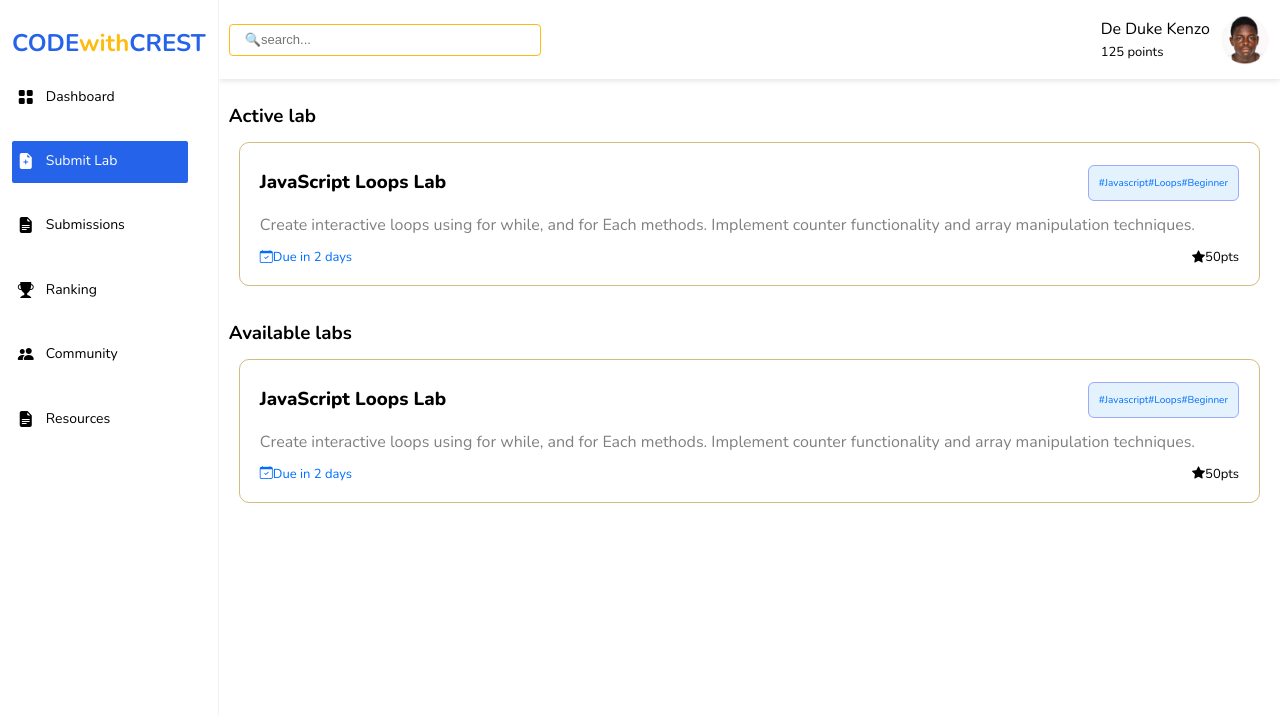
Repository: CarlTeclancing/codewithcrest
Page: /dashboard/submitlab
An editor plug-in stored every save of this project. The page is shown before and after the next save, followed by the edit.
The browser window is 1280 px wide. The pictures show the whole page.
The project was rebuilt for these pictures with package versions that can differ from the ones it lists, and the page was loaded fresh each time. Also part of the build but not shown: vite.config.js, src/pages/Dashboard/Dashboard.jsx, src/components/UserCard.jsx, src/pages/ranking/Ranking.jsx, src/components/GuideLines.jsx, src/pages/submission/Submission.jsx, src/components/CommunityPost.jsx, src/pages/community/Community.jsx and 12 more.

Above is the page before, as saved 2025-09-09 14:27:52.

After the next save:
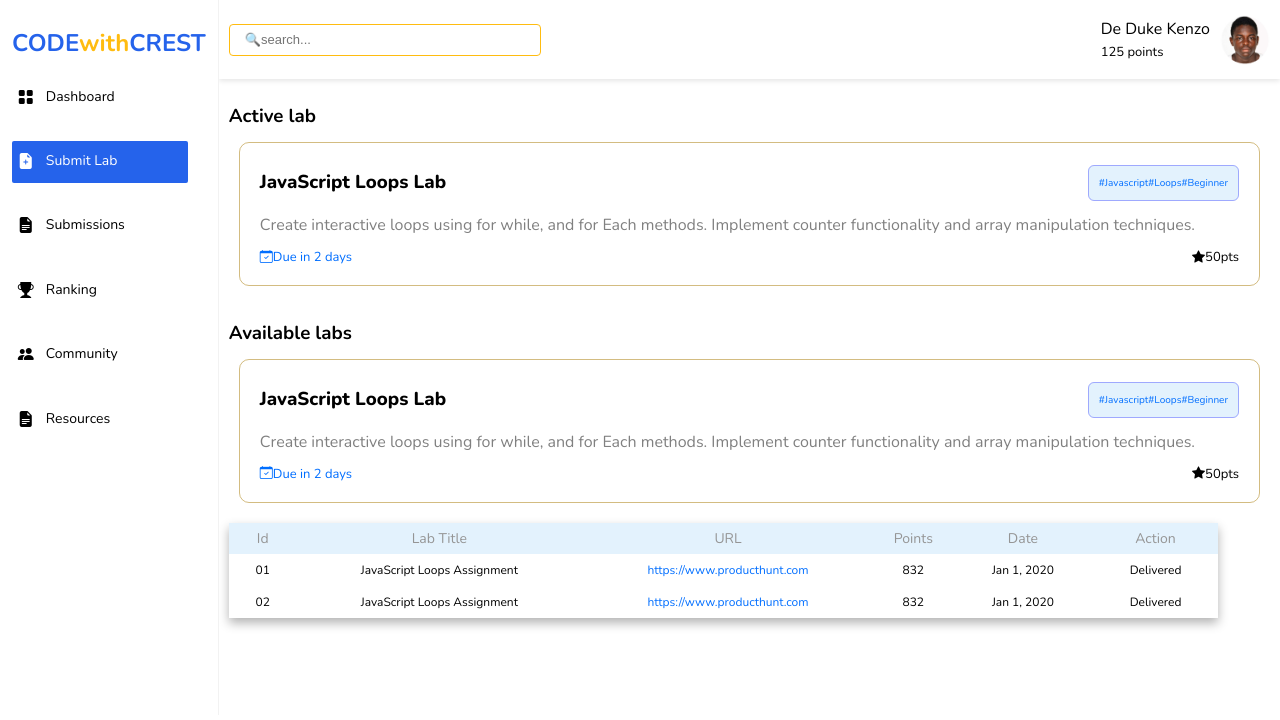
Saved 7 s later.
--- a/src/pages/submitLab/SubmitLab.jsx
+++ b/src/pages/submitLab/SubmitLab.jsx
@@ -80,7 +80,7 @@ function SubmitLab() {
         </div>
       </div>
 
-      {/* <table>
+      <table>
         <thead>
         <tr>
             <th>Id</th>
@@ -109,7 +109,7 @@ function SubmitLab() {
             <td>Delivered</td>
         </tr>
         </tbody>
-      </table> */}
+      </table>
 
     </div>
   )
